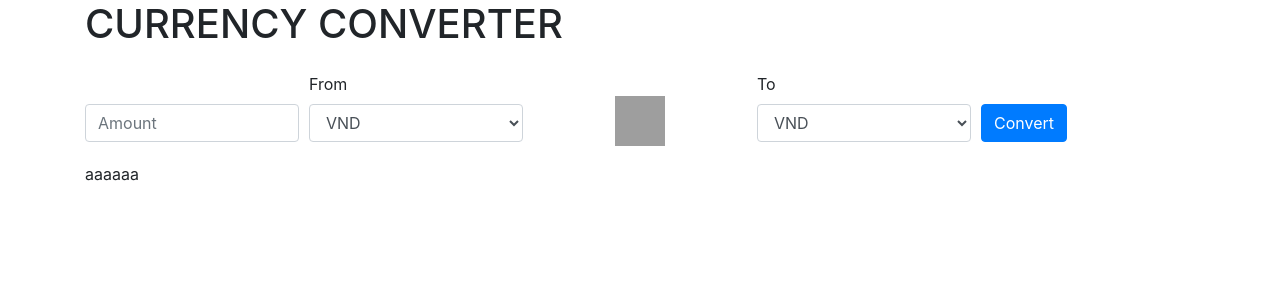
Repository: tts2610/MoneyConverter
Page: index.html
An editor plug-in stored every save of this project. The page is shown before and after the next save, followed by the edit.
The browser window is 1280 px wide. The pictures show the whole page.
Pictures or frames that could not be fetched are drawn as grey boxes.

Above is the page before, as saved 2020-05-11 20:31:47.
Console error: TypeError: Cannot read properties of undefined (reading 'null')

### index.html
<!DOCTYPE html>
<html lang="en">

<head>
    <meta charset="UTF-8">
    <meta name="viewport" content="width=device-width, initial-scale=1.0">
    <title>Document</title>
    <link rel="stylesheet" href="https://maxcdn.bootstrapcdn.com/bootstrap/4.4.1/css/bootstrap.min.css">

    <!-- jQuery library -->
    <script src="https://ajax.googleapis.com/ajax/libs/jquery/3.4.1/jquery.min.js"></script>

    <!-- Popper JS -->
    <script src="https://cdnjs.cloudflare.com/ajax/libs/popper.js/1.16.0/umd/popper.min.js"></script>

    <!-- Latest compiled JavaScript -->
    <script src="https://maxcdn.bootstrapcdn.com/bootstrap/4.4.1/js/bootstrap.min.js"></script>

</head>

<body>

    <form class="container">
        <h1 class="mx-auto">CURRENCY CONVERTER</h1>
        <div class="form-row justify-content-md-center">
            <div class="col mt-5">
                <input type="number" class="form-control" placeholder="Amount">
            </div>
            <div class="col mt-3">
                <label>From</label>
                <select class="form-control" id="fromCurrency">
            </select>
            </div>
            <div class="col mt-4 py-3" style="display: flex;justify-content: center;" onClick="swap()">
                <img src="https://cdn3.iconfinder.com/data/icons/basic-interface/100/update-512.png" width="50px" height="50px">
            </div>
            <div class="col mt-3">
                <label>To</label>
                <select class="form-control" id="toCurrency">
            </select>

            </div>
            <div class="col mt-5">
                <button type="submit" class="btn btn-primary mb-2">Convert</button>
            </div>
        </div>
        <p>aaaaaa</p>
    </form>
    <script src="js/script.js"></script>
    <script>
        $(document).ready(function() {
            let selectList = Object.keys(dic);
            var fromCurrency = document.getElementById("fromCurrency");
            var toCurrency = document.getElementById("toCurrency");
            selectList.forEach(element => {
                var option = document.createElement("option");
                option.text = element.toUpperCase();
                fromCurrency.add(option);
            })
            selectList.forEach(element => {
                var option = document.createElement("option");
                option.text = element.toUpperCase();
                toCurrency.add(option);
            })

        });

        function swap() {
            var fromCurrency = document.getElementById("fromCurrency");
            var x = fromCurrency.value;
            var toCurrency = document.getElementById("toCurrency");
            fromCurrency.value = toCurrency.value;
            toCurrency.value = x;
        }
    </script>
</body>

</html>

### js/script.js
/*dic = {
    fromCurrency:{
        toCurrency:[currencyRatio,locale,currencySymbol],
        toCurrency:[currencyRatio,locale,currencySymbol],
        toCurrency:[currencyRatio,locale,currencySymbol],
        .....
    },
    fromCurrency:
        .....
}*/
let dic = {
    "vnd": { "usd": [1 / 23206, "en", "USD"], "jpy": [1 / 216.703, "ja-JP", "JPY"], "krw": [1 / 18.9136, "krw", "KRW"], "idr": [1 / 1.55505, "idr", "idr"], "eur": [1 / 25111, "de-DE", "EUR"], "vnd": [1, "vi", "VND"] },
    "usd": { "vnd": [23206, "vi", "VND"], "jpy": [107.297, "ja-JP", "JPY"], "krw": [1223.80, "krw", "KRW"], "idr": [14904, "idr", "idr"], "eur": [1 / 1.08207, "de-DE", "EUR"], "usd": [1, "en", "USD"] },
    "jpy": { "vnd": [216.703, "vi", "VND"], "usd": [1 / 107.297, "en", "USD"], "krw": [11.4099, "krw", "KRW"], "idr": [138.937, "idr", "idr"], "eur": [1 / 116.054, "de-DE", "EUR"], "jpy": [1, "ja-JP", "JPY"] },
    "krw": { "vnd": [18.9136, "vi", "VND"], "usd": [1 / 1224.06, "en", "USD"], "jpy": [1 / 11.4096, "ja-JP", "JPY"], "idr": [12.1833, "idr", "idr"], "eur": [1 / 1323.75, "de-DE", "EUR"], "krw": [1, "krw", "KRW"] },
    "idr": { "vnd": [1.55505, "vi", "VND"], "usd": [1 / 14910, "en", "USD"], "jpy": [1 / 138.985, "ja-JP", "JPY"], "krw": [1 / 12.1818, "krw", "KRW"], "eur": [1 / 16134.84, "de-DE", "EUR"], "idr": [1, "idr", "idr"] },
    "eur": { "vnd": [25081, "vi", "VND"], "usd": [1.08207, "en", "USD"], "jpy": [116.054, "ja-JP", "JPY"], "idr": [16129, "idr", "idr"], "krw": [1323.75, "krw", "KRW"], "eur": [1, "de-DE", "EUR"] },
}
let isValid = false;
let from = null;
let to = null;
let amount = 0;

// loop to check validity
// while (!isValid) {
//     if (Object.keys(dic).includes(from) && Object.keys(dic).includes(to) && !isNaN(amount)) isValid = true;
//     else {
//         from = prompt("Which currency do you want to convert from?").toLowerCase();
//         to = prompt("Which currency do you want to convert to?").toLowerCase();
//         amount = prompt("Enter your amount to convert:");
//     }
// }

// conversion
function convert() {
    let currencyRatio = dic[from][to][0];
    let locale = dic[from][to][1];
    let currency = dic[from][to][2];
    let res = (amount * currencyRatio);
    return new Intl.NumberFormat(locale, { style: 'currency', currency: currency, maximumSignificantDigits: 3 }).format(res);
}

// result
alert("Here is your result: " + convert())

After the next save:
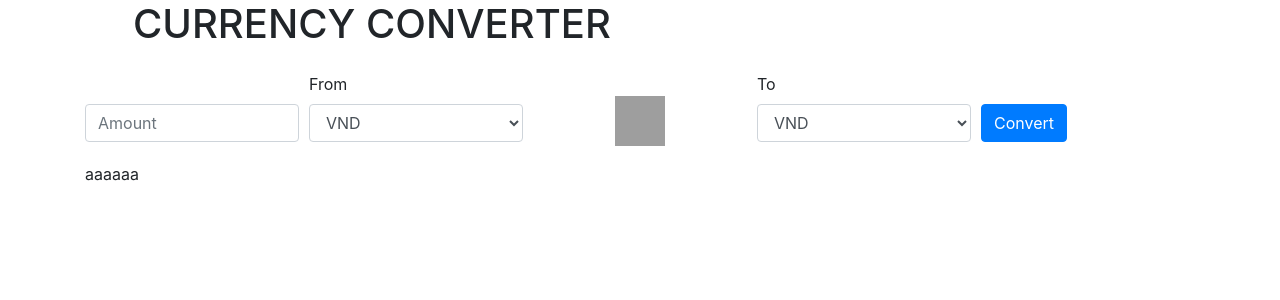
Saved 18 s later.
--- a/index.html
+++ b/index.html
@@ -21,7 +21,7 @@
 <body>
 
     <form class="container">
-        <h1 class="mx-auto">CURRENCY CONVERTER</h1>
+        <h1 class="mx-5">CURRENCY CONVERTER</h1>
         <div class="form-row justify-content-md-center">
             <div class="col mt-5">
                 <input type="number" class="form-control" placeholder="Amount">
